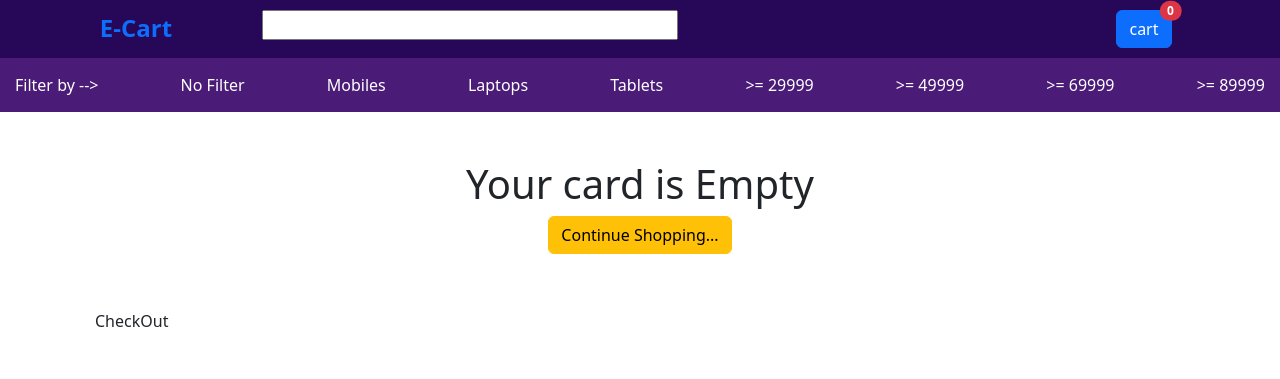
Repository: AMIT1439027/React-ECommerce-cart
Page: /cart
The author's editor kept a copy of each file at every save. The page is drawn from the files as they stood at one save, then again after the next save.
The browser window is 1280 px wide. The pictures show the whole page.
The project was rebuilt for these pictures with package versions that can differ from the ones it lists, and the page was loaded fresh each time. Also part of the build but not shown: vite.config.js, src/components/Product.jsx, src/components/ProductDetail.jsx, src/components/Searchitem.jsx.

Above is the page before, as saved 2024-03-14 10:46:36.

After the next save:
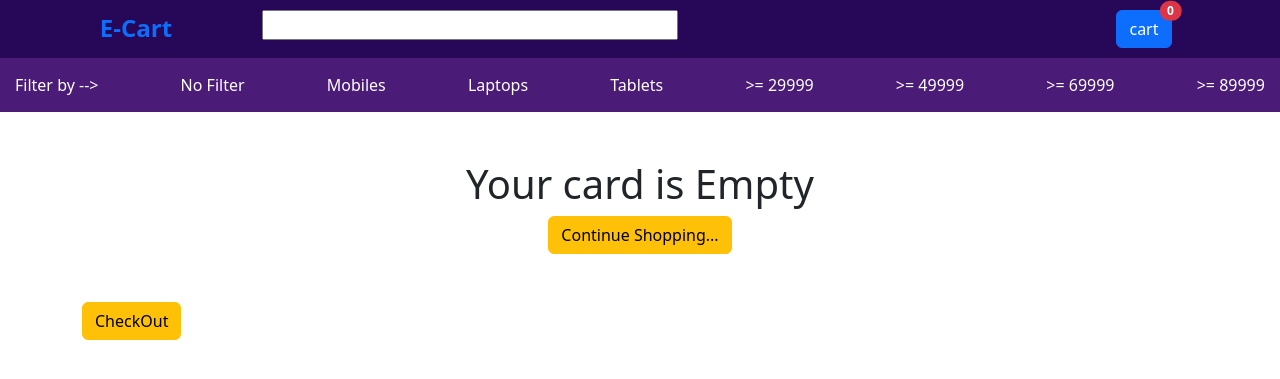
Saved 5 s later.
--- a/src/components/Cart.jsx
+++ b/src/components/Cart.jsx
@@ -44,7 +44,7 @@ const Cart = ({ cart, setCart }) => {
       </div>
 
       <div className="container">
-        <button className="btn ">CheckOut</button>
+        <button className="btn btn-warning">CheckOut</button>
       </div>
     </>
   );
